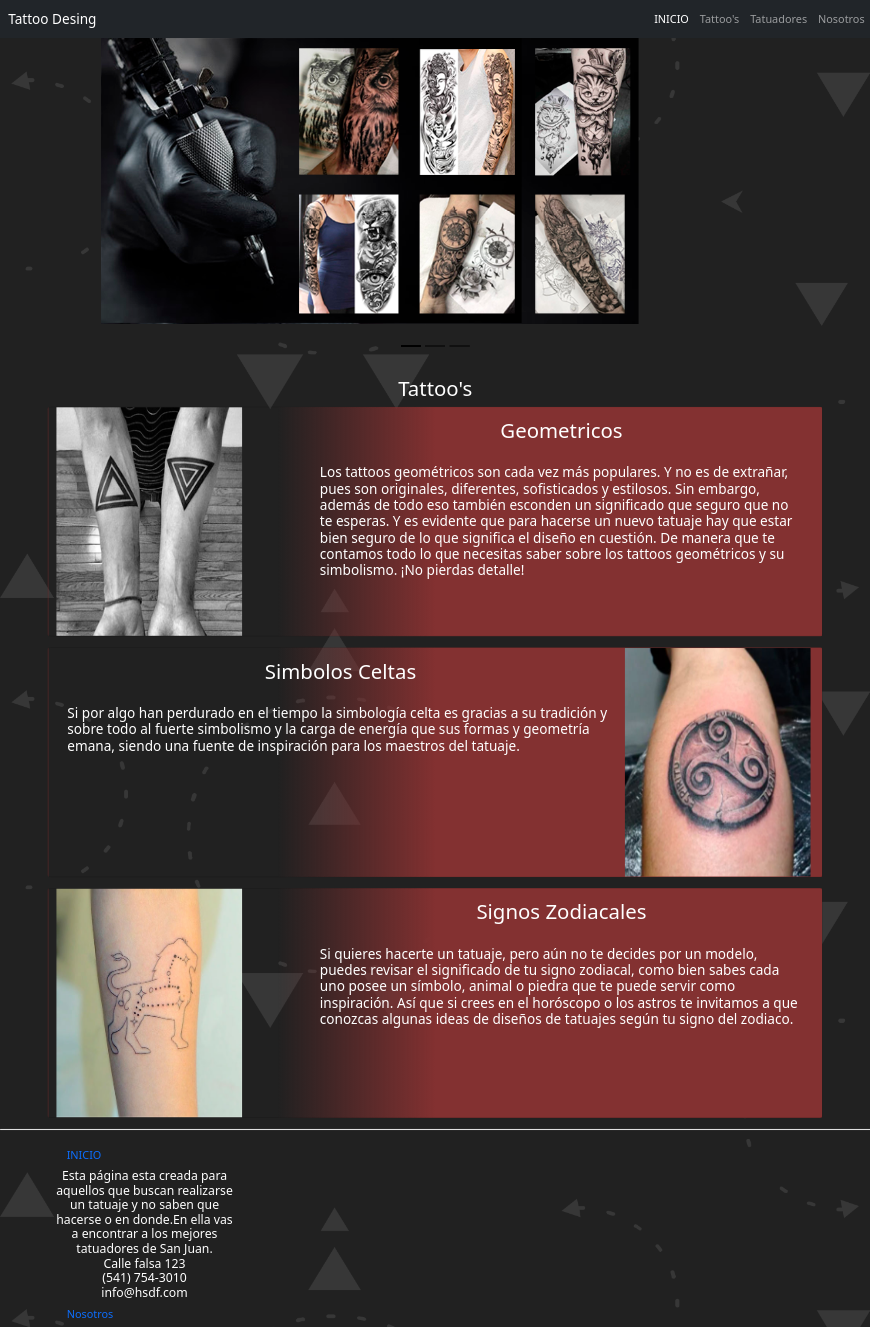
Repository: Vladimir-22/TatooDesign
Page: index.html
These files come from the project's save history. The page is drawn as it stood at one moment and after the next save; the edit follows.
The browser window is 1280 px wide. The pictures show the whole page, at 68% of full size.
Some web libraries are served in a nearby version.

Above is the page before, as saved 2021-05-19 21:40:28.

After the next save:
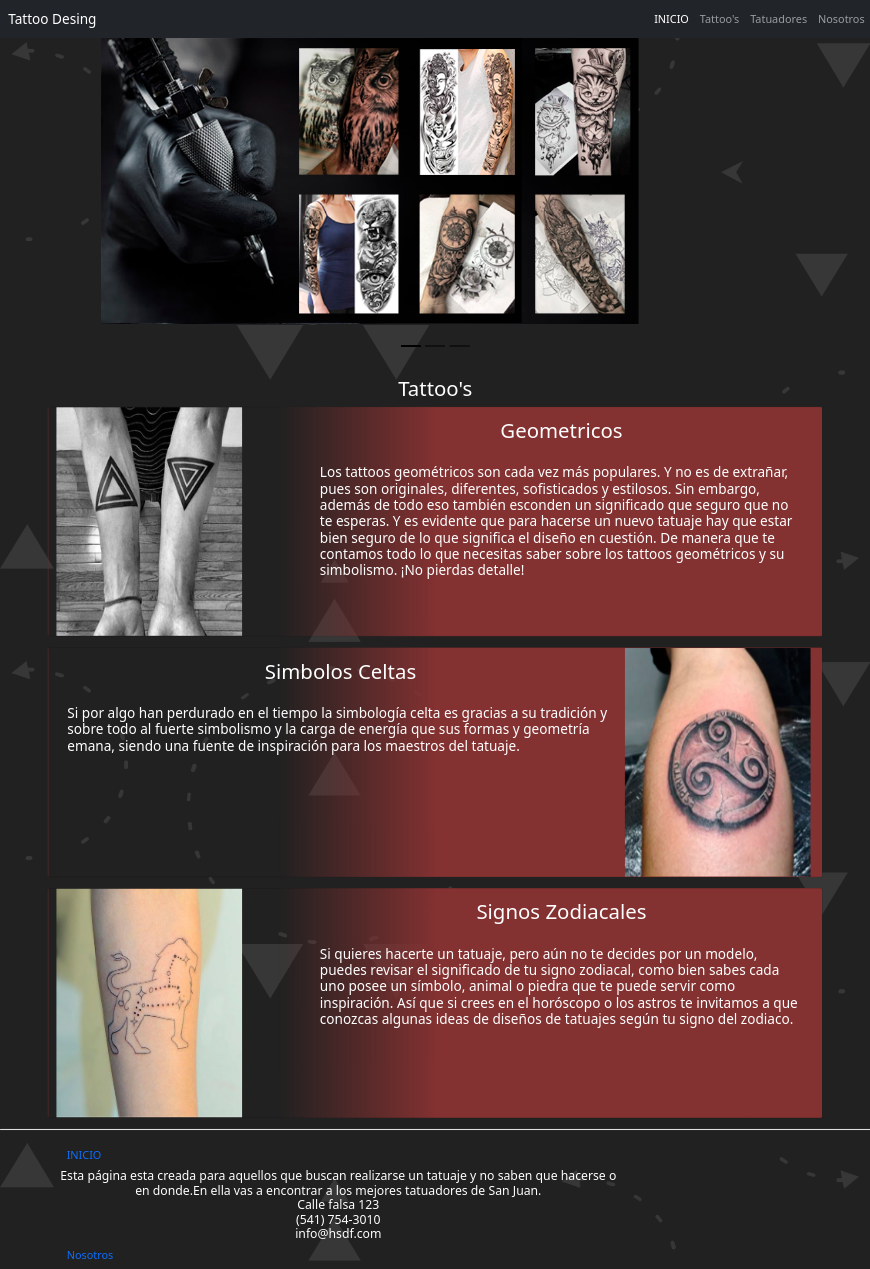
Saved 11 s later.
--- a/index.html
+++ b/index.html
@@ -275,7 +275,7 @@
                 </div>
             </div>
             <div class="row">
-                <div class="col-md-3 align-center">
+                <div class="col-md-9 align-center">
                     <h3 id="descrip-gral" class="card-text">
                         Esta página esta creada para aquellos que buscan realizarse un
                         tatuaje y no saben que hacerse o en donde.En ella vas a
